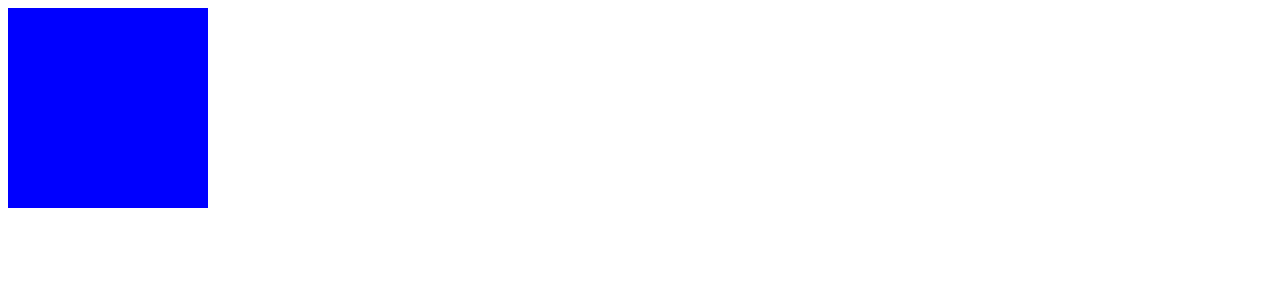
Repository: nonishi/jQuery-Lesson
Page: index.html
These files come from the project's save history. The page is drawn as it stood at one moment and after the next save; the edit follows.
The browser window is 1280 px wide. The pictures show the whole page.

Above is the page before, as saved 2021-06-16 16:03:33.

### index.html
<!DOCTYPE html>
<html lang="ja">
  <head>
    <meta charset="UTF-8">
    <link rel="stylesheet" href="app.css"/>
  </head>
  <body>
    <div class="box1"></div>
    <script src="jquery.min.js"></script>
    <script src="app.js"></script>
  </body>
</html>

### app.js
$(document).ready(function () {
  $('.box1').slideDown();
  $('.box1').css({
    'background-color':'#00F',

})
});

Loaded but not shown: app.css (common file); jquery.min.js (library)

After the next save:
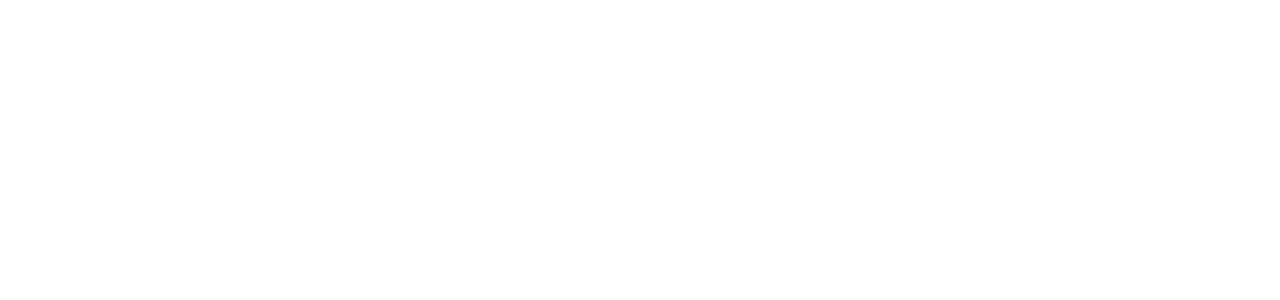
Console error: SyntaxError: Unexpected string
Saved 10 s later.
--- a/app.js
+++ b/app.js
@@ -2,6 +2,6 @@
   $('.box1').slideDown();
   $('.box1').css({
     'background-color':'#00F',
-
+    ''
 })
 });

After the 6 saves that followed:
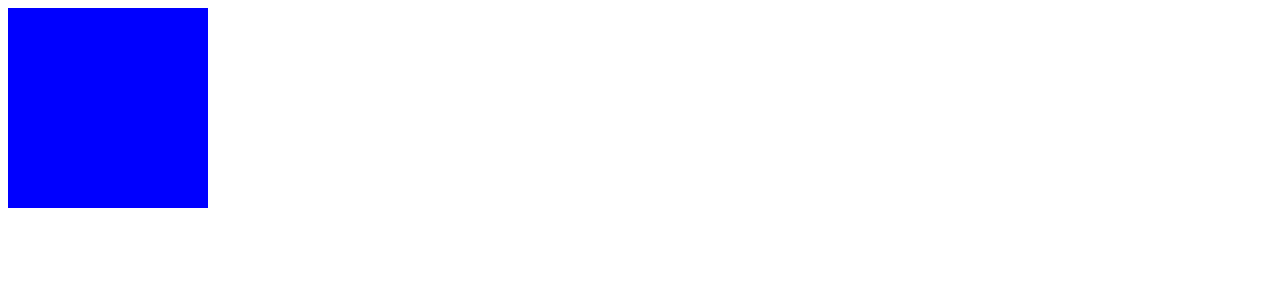
The error is gone.
The 6 saves are shown as one change because 1 left the picture as it was and some came seconds apart.
The last was saved 18 s later.
--- a/app.js
+++ b/app.js
@@ -2,6 +2,6 @@
   $('.box1').slideDown();
   $('.box1').css({
     'background-color':'#00F',
-    ''
+    'height':'100px',
 })
 });
